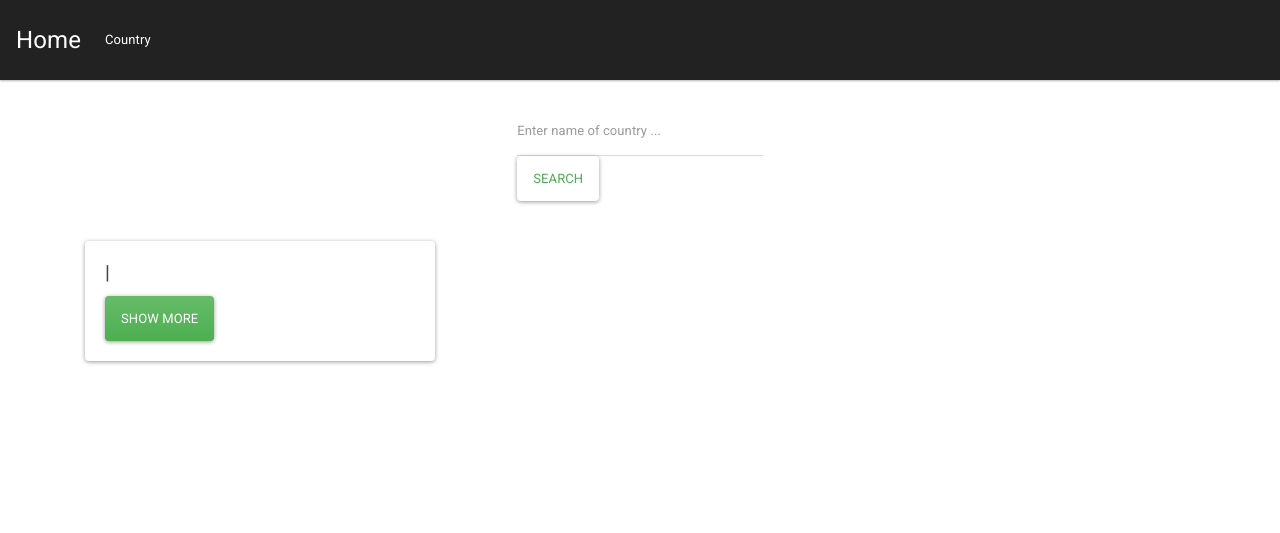
Repository: abdelhak-f/Countries_React
Page: / (app in client/)
The author's editor kept a copy of each file at every save. The page is drawn from the files as they stood at one save, then again after the next save.
The browser window is 1280 px wide. The pictures show the whole page.
The page's requests for data from a server got no answer. The project was rebuilt for these pictures with package versions that can differ from the ones it lists, and the page was loaded fresh each time. No one was signed in, and anything a server would have sent is missing. Also part of the build but not shown: client/src/components/countrys/ProfilCountry.jsx.

Above is the page before, as saved 2021-05-12 10:14:00.

After the next save:
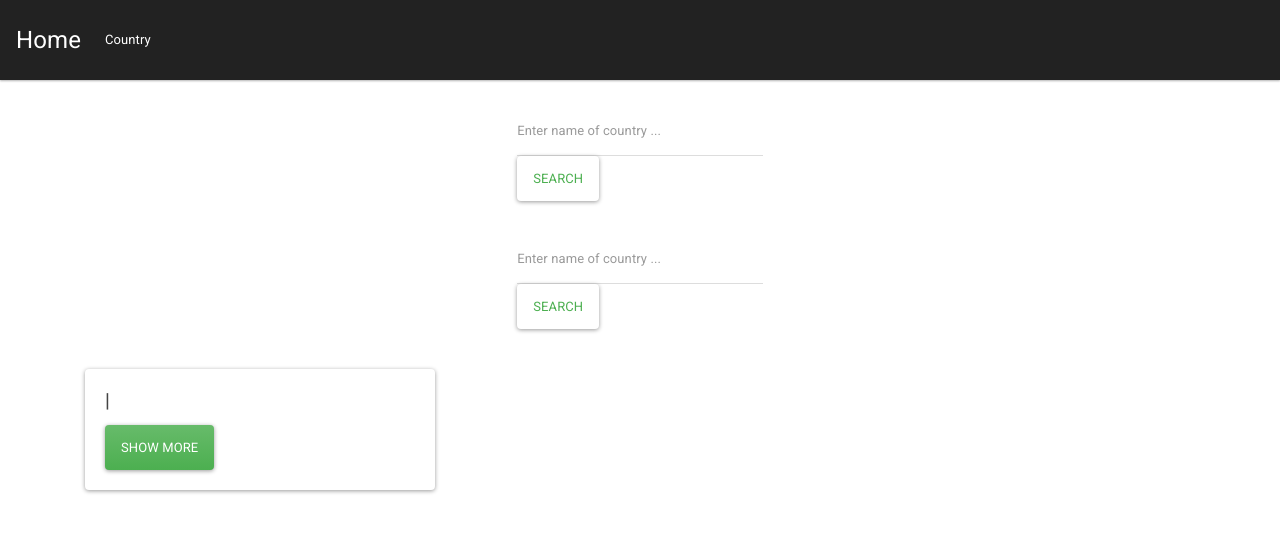
Saved 38 s later.
--- a/client/src/components/AllCountries.jsx
+++ b/client/src/components/AllCountries.jsx
@@ -47,6 +47,9 @@ class AllCountries extends Component  {
               <div className="col-md-12">
        <SearchCountry getCountrySearch={this.searchCountry} />
               </div>
+              <div className="col-md-12">
+       <ContinentRegion />
+              </div>
           </div>
           <div className="row">
         {this.state.countries.map (country => (
